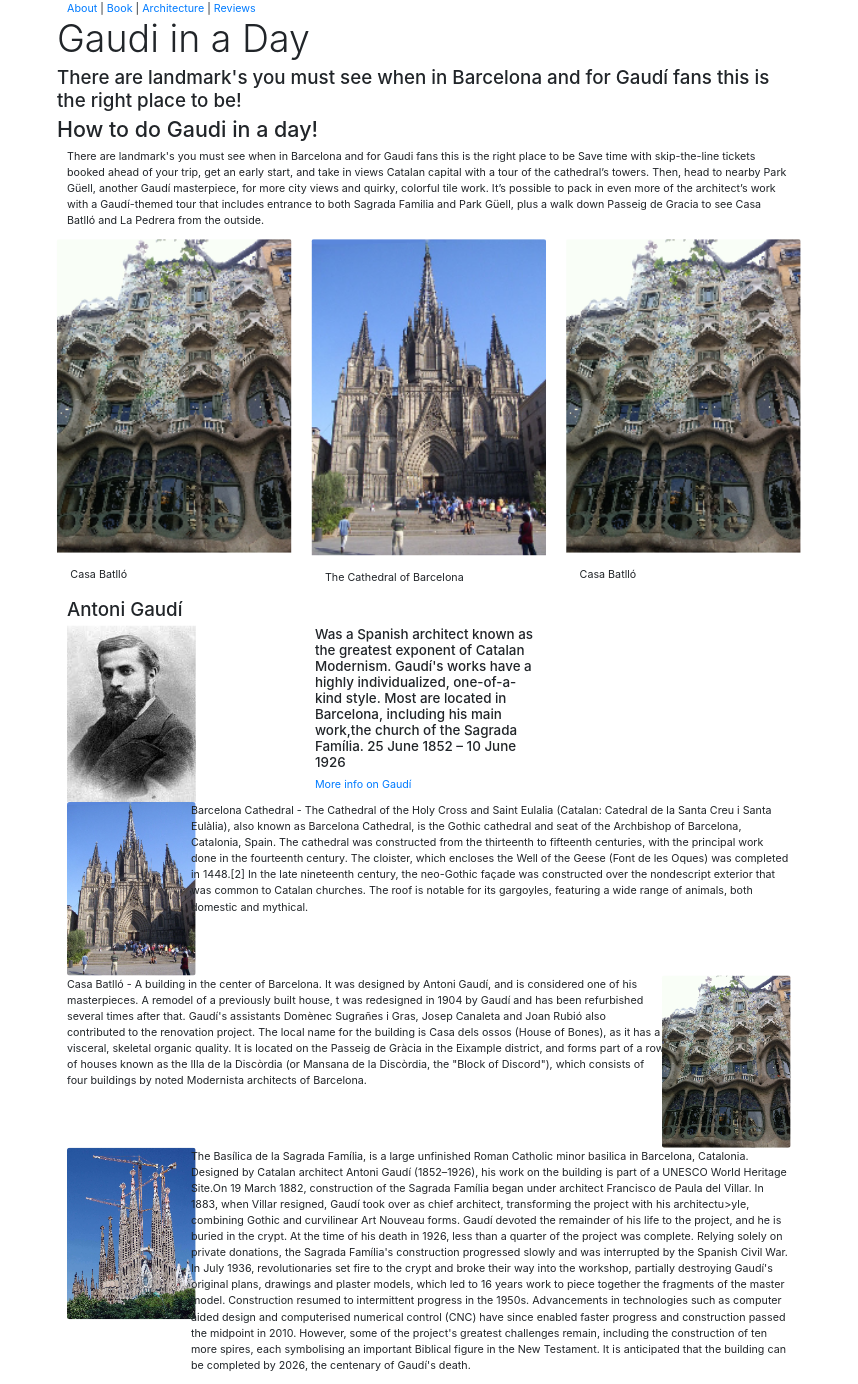
Repository: Taitdanielle/Milestone1
Page: index.html
The author's editor kept a record of every edit. The page is drawn from the files as they stood at one moment, then again after the next edit.
The browser window is 1280 px wide. The pictures show the whole page, at 67% of full size.

Above is the page before.

After the next edit:
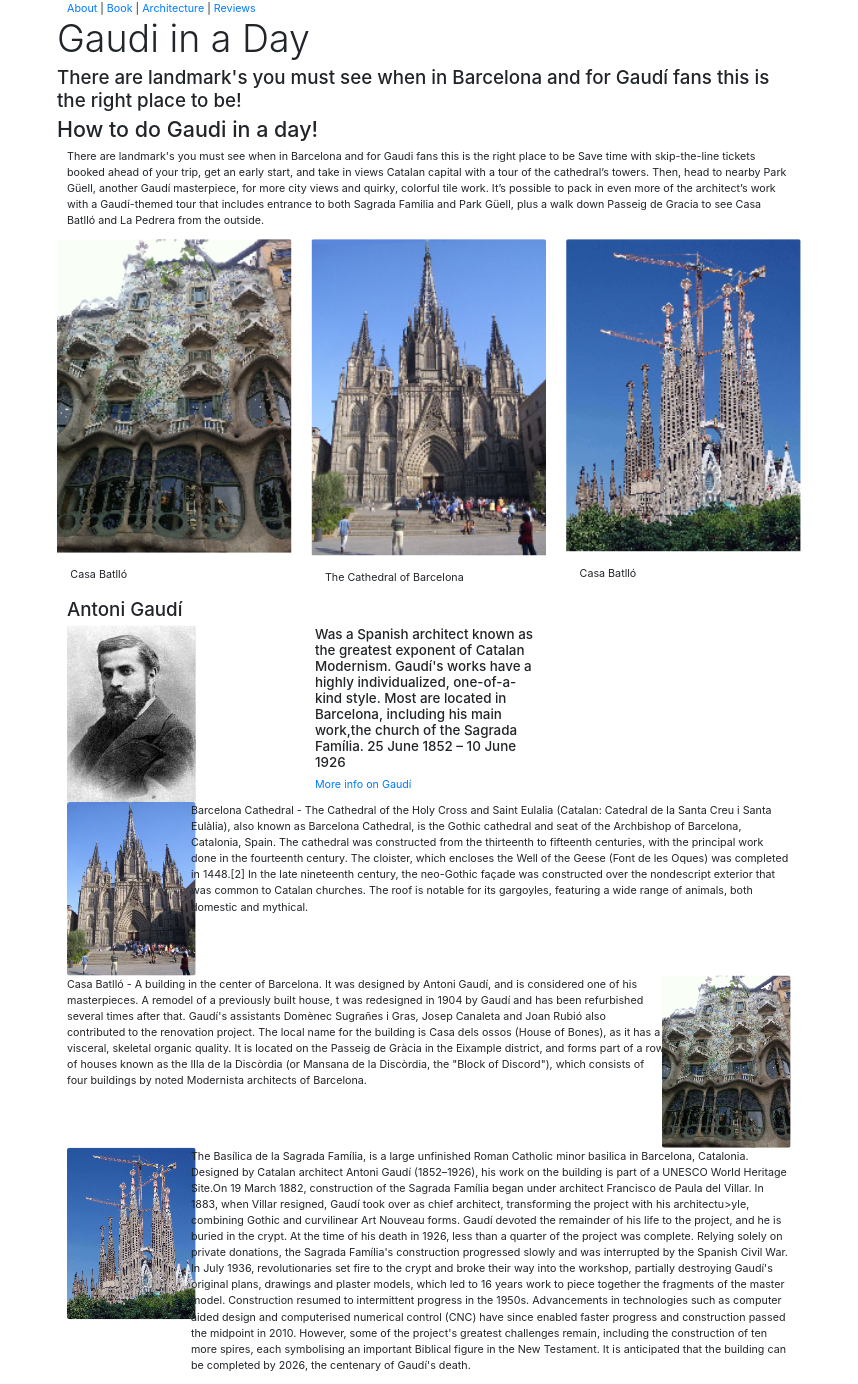
The edit:
--- a/index.html
+++ b/index.html
@@ -67,7 +67,7 @@
 
             <div class="col-md-4">
                 <div class="card-one">
-                    <img src="images/gaudi2.jpg" class="card-img-top" alt="Casa Battlo Building">
+                    <img src="images/sagrada-familia.jpg" class="card-img-top" alt="sagrada familia">
                     <div class="card-body">
                         <p class="card-text" <b>Casa Batlló</b>
                         </p>
